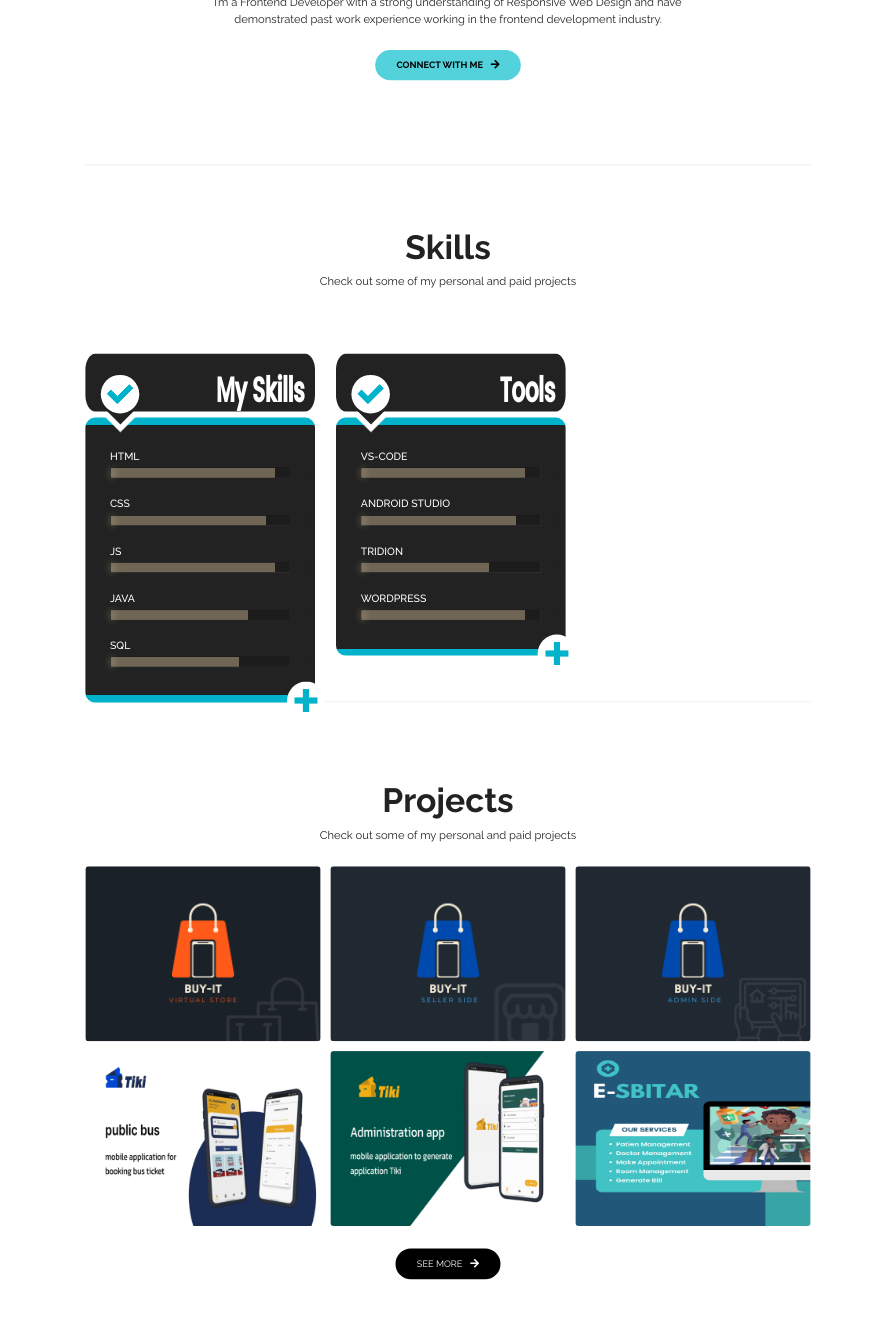
Repository: rahimmenadi/My-Website
Page: index.html
These files come from the project's save history. The page is drawn as it stood at one moment and after the next save; the edit follows.
The browser window is 1280 px wide. The pictures show the part of the page from y = 582 to 2502 px (the page is 2750 px tall), at 70% of full size.

Above is the page before, as saved 2023-06-22 02:53:01.

### index.html
<!DOCTYPE html>
<html lang="en">
  <head>
    <meta charset="UTF-8" />
    <meta http-equiv="X-UA-Compatible" content="IE=edge" />
    <meta name="viewport" content="width=device-width, initial-scale=1.0" />
    <title>Abderrahim website</title>
    <!-- Primary Meta Tags -->


    <!-- Open Graph / Facebook -->

    <!-- Twitter -->


    <!-- Link -->
    <link
      rel="apple-touch-icon"
      sizes="180x180"

    />
    <link
      rel="icon"

    />
    <link
      rel="icon"
    />
    <link
      rel="icon"

    />
    <link
      rel="icon"
      type="image/png"
      sizes="512x512"

    />
    <link rel="icon" type="image/x-icon" style="width: 10px;" href="assets/favicon/favicon.ico" />
    <link rel="manifest" href="assets/favicon/site.webmanifest" />
    <link
      rel="stylesheet"
      href="https://use.fontawesome.com/releases/v5.15.4/css/all.css"
      integrity="sha384-DyZ88mC6Up2uqS4h/KRgHuoeGwBcD4Ng9SiP4dIRy0EXTlnuz47vAwmeGwVChigm"
      crossorigin="anonymous"
    />
    <link rel="stylesheet" href="css/style.css" />
    <link rel="stylesheet" href="css/utilities.css" />
    <link rel="stylesheet" href="css/skills.css">
  </head>
  <body>
    <header id="hero">
      <!-- Navbar -->
      <nav class="navbar">
        <div class="container">
          <!-- Logo -->
          <h1 id="logo">
            <a href="index.html"
              ><img src="./assets/my-logo.png" alt="Your Logo"
            /></a>
          </h1>
          <!-- Navbar links -->
          <ul class="nav-menu">
            <li><a class="nav-link" href="#projects">PROJECTS</a></li>
            <li><a class="nav-link" href="#">CONTACT</a></li>
            <li><a class="nav-link" href="#">BlOG</a></li>
            <li>
              <a
                class="nav-link btn btn-primary"
                href="https://drive.google.com/file/d/1Vr3cuGUzEaZS90SvZUjXhywFSRYMYiCT/view?usp=drive_link"
                >RESUME <i class="fas fa-arrow-right"></i
              ></a>
            </li>

            <!-- Toggle switch -->
            <div class="theme-switch">
              <input type="checkbox" id="switch" />
              <label class="toggle-icons" for="switch">
                <img class="moon" src="assets/moon.svg" />
                <img class="sun" src="assets/sun.svg" />
              </label>
            </div>
            <!-- Hamburger menu -->
          </ul>
          <div class="hamburger">
            <span class="bar"></span>
            <span class="bar"></span>
            <span class="bar"></span>
          </div>
        </div>
      </nav>

      <section class="header-container">
        <img
          class="profile-image"
          src="assets/profile.jpg"
          alt=""
        />
        <h1>Hi I'm Abderrahim Menadi <span class="wave">👋</span></h1>

        <div class="content-text">
          <h2>About Me</h2>
          <h2>Junior Front-End Web Developer.</h2>

          <p>
            I’m a Frontend Developer with a strong understanding of Responsive Web Design
             and have demonstrated past work experience working in the frontend development industry.
          </p>
        </div>
        <a
                class="nav-link btn btn-primary"
                href="https://linktr.ee/abderrahimmeandi"
                >Connect With Me <i class="fas fa-arrow-right"></i
              ></a>





      </section>
    </header>
    <section id="projectsskills" class="project-container container">
      <div class="division"></div>
      <div class="content-text">
        <h2>Skills</h2>
        <p>Check out some of my personal and paid projects</p>
      </div>
 <article class="project">

        <!-- Project 1 -->
        <div class="content">
          <div class="profile-skills">
            <div>
              <input type="checkbox" id="sk1">
              <label for="sk1"></label>
              <ul class="skills skills1">
                <li class="sk-cms"><span>HTML</span></li>
                <li class="sk-dtb"><span>CSS</span></li>
                <li class="sk-dis"><span>JS</span></li>
                <li class="sk-pro"><span>Java</span></li>
                <li class="sk-ani"><span>SQL</span></li>
                <li class="more">
                  <input type="checkbox" id="more-con"><label for="more-con"></label>
                  <div><span>RWD</span><span>Animation</span><span>CHARTS</span><span>API</span><span>BE Linker</span><span>BDD</span></div>
                </li>
              </ul>
            </div>
            <div>
            <input type="checkbox" id="sk2">
            <label for="sk2"></label>
            <ul class="skills skills2">
              <li class="sk-gim"><span>VS-code</span></li>
              <li class="sk-not"><span>Android Studio</span></li>
              <li class="sk-tri"><span>Tridion</span></li>
              <li class="sk-wor"><span>Wordpress</span></li>
              <li class="more">
                <input type="checkbox" id="more-pro"><label for="more-pro"></label>
                <div><span>JOOMLA</span><span>DRUPAL</span><span>JIRA</span><span>TRELLO</span><span>FILEZILLA</span><span>GIT</span></div>
              </li>
            </ul>
            </div>

        </div>
      </article>


    </section>

    <!-- Projects -->
    <section id="projects" class="project-container container">
      <div class="division"></div>
      <div class="content-text">
        <h2>Projects</h2>
        <p>Check out some of my personal and paid projects</p>
      </div>

      <article class="project">
        <!-- Project 1 -->
        <div href="" class="card">
          <div class="project-info">
            <div class="project-bio">
              <h3>Buy-it</h3>
              <p>HTML, CSS, SASS, JS, Node-JS</p>
            </div>

            <div class="project-link">
              <a href="https://github.com/rahimmenadi/projectx" target="_blank"><i class="fab fa-github"></i></a>
              <a href="#" target="_blank"><i class="fas fa-globe"></i></a>
            </div>
          </div>
        </div>

        <!-- Project 2 -->
        <div href="" class="card">
          <div class="project-info">
            <div class="project-bio">
              <h3>Buy-it Seller Side</h3>
              <p>HTML, CSS, SASS, JS, Node-JS</p>
            </div>

            <div class="project-link">
              <a href="https://github.com/rahimmenadi/projectx" target="_blank"><i class="fab fa-github"></i></a>
              <a href="#" target="_blank"><i class="fas fa-globe"></i></a>
            </div>
          </div>
        </div>

        <!-- Porject 3 -->
        <div href="" class="card">
          <div class="project-info">
            <div class="project-bio">
              <h3>Buy-it Admin Side</h3>
              <p>HTML, CSS, SASS, JS, Node-JS</p>
            </div>

            <div class="project-link">
              <a href="https://github.com/rahimmenadi/projectx" target="_blank"><i class="fab fa-github"></i></a>
              <a href="#" target="_blank"><i class="fas fa-globe"></i></a>
            </div>
          </div>
        </div>

        <!-- Project 4 -->
        <div href="" class="card">
          <div class="project-info">
            <div class="project-bio">
              <h3>Tiki</h3>
              <p>Java,  Firebase</p>
            </div>

            <div class="project-link">
              <a href="https://github.com/rahimmenadi/Tiki" target="_blank"><i class="fab fa-github"></i></a>
              <a href="https://mega.nz/file/mu5gybiB#gw8IHSz2v9bFG0ZwwQFL_AMZv8WIdCRUhiW0hA_XVq8" target="_blank"><i class="fas fa-globe"></i></a>
            </div>
          </div>
        </div>

        <!-- Project 5 -->
        <div href="" class="card">
          <div class="project-info">
            <div class="project-bio">
              <h3>Tiki Admin</h3>
              <p>Java,  Firebase</p>
            </div>

            <div class="project-link">
              <a href="https://github.com/rahimmenadi/Tiki" target="_blank"><i class="fab fa-github"></i></a>
              <a href="https://mega.nz/file/K7xAAYyK#4BQzPwOJpC8L00cKX2bVBURrUfcqUJ3T-dvLVdOQe9E" target="_blank"><i class="fas fa-globe"></i></a>
            </div>
          </div>
        </div>

        <!-- Project 6 -->
        <div href="" class="card">
          <div class="project-info">
            <div class="project-bio">
              <h3>E-sbitar</h3>
              <p>JavaFX, CSS, SQL</p>
            </div>

            <div class="project-link">
              <a href="https://github.com/rahimmenadi/E-SBITAR" target="_blank"><i class="fab fa-github"></i></a>
              <a href="https://drive.google.com/drive/folders/1nvo8g8NKInz3Hvw1Pheuo8E3XhV_Ej0T?usp=drive_link" target="_blank"><i class="fas fa-globe"></i></a>
            </div>
          </div>
        </div>
      </article>

      <a href="https://github.com/rahimmenadi" class="btn btn-secondary"
        target="_blank" >See More <i class="fas fa-arrow-right"></i
      ></a>
    </section>

    <footer id="footer">
      <div class="container">
        <a href="mailto:a.menadi@esi-sba.dz">a.menadi@esi-sba.dz</a>
        <!-- Social links -->
        <div class="social">

          <a href="https://www.linkedin.com/in/abderrahim-menadi/" target="_blank"
            ><img src="./assets/linkedin-icon.svg" alt="Linkedin"
          /></a>
          <a href="https://github.com/rahimmenadi" target="_blank"><img src="./assets/github-icon.svg" alt="GitHub" /></a>

        </div>
        <!-- Attribution -->
        <div class="attribution">

            <img
              src="/assets/my-logo.png"
              alt="attribution"
              width="80px"

            />

        </div>
        <p>Copyright &copy; Abderrahim-Menadi <span id="datee"></span>, All rights reserved</p>
      </div>
    </footer>
    <script src="js/script.js"></script>
  </body>
</html>

### css/style.css
/* This is the required project styling. Will contain essential CSS styles like:
   * Flex property
   * Grid layout
   * Cards and sections
*/

@import url(https://fonts.googleapis.com/css?family=Raleway:100,200,300,regular,500,600,700,800,900,100italic,200italic,300italic,italic,500italic,600italic,700italic,800italic,900italic);

/* variables */
:root {
  /* Colors */
  --primary-color: #53D2DC  ;
  --secondary-color: #FFE3B3  ;
  --bg-primary: #ffffff;
  --text-color: #222222;
  --text-color-two: #ffffff;
  --bg-secondary: #000000;
  --card-background: #f4f4f4;
  --bg-secondary-two: #111111;

  --shadow: 0 10px 40px rgba(0, 0, 0, 0.2);

  /* Font Weight */
  --weight-small: 400;
  --weight-semibold: 600;
  --weight-bold: 800;

  /* Max width */
  --width-small: 600px;
  --width-medium: 1100px;
  --width-large: 1300px;
}

[data-theme="dark"] {
  --primary-color: #53D2DC  ;
  --secondary-color: #FFE3B3  ;
  --bg-primary: #000000;
  --text-color: #ffffff;
  --text-color-two: #222222;
  --bg-secondary: #ffffff;
  --card-background: #111111;
  --bg-secondary-two: #f4f4f4;
  --shadow: 0 2px 10px rgba(95, 95, 95, 0.2);
}

html {
  font-size: 100%;
  scroll-behavior: smooth;
}

/* Reset default styling */
* {
  margin: 0;
  padding: 0;
  box-sizing: border-box;
}

ul {
  list-style: none;
}

a {
  text-decoration: none;
  color: var(--text-color);
}

/* Main styling */
body {
  background: var(--bg-primary);
  color: var(--text-color);
  font-family: "Raleway", sans-serif;
  line-height: 1.5;
}

/* Navbar */
.navbar {
  position: fixed;
  top: 0;
  left: 0;
  right: 0;
  z-index: 20;
  background: var(--bg-primary);
}

.navbar .container {
  display: flex;
  align-items: center;
  justify-content: space-between;
  z-index: 20;
  height: 80px;
  width: 100%;
}

.navbar .nav-menu {
  display: flex;
  align-items: center;
  background: var(--bg-primary);
}

.navbar .nav-link {
  margin: 0 1rem;
  font-size: 0.8rem;
  font-weight: var(--weight-semibold);
}

.navbar #logo img {
  display: block;
  width: 180px;
  margin-top: 60px;
}

.navbar .btn {
  margin-right: 1.5rem;
}

.fas.fa-arrow-right {
  margin-left: 0.5rem;
  font-size: 0.9rem;
}

/* hamburger */
.hamburger {
  margin-bottom: 0.1rem;
  display: none;
}

.bar {
  display: block;
  width: 23px;
  height: 3px;
  margin: 4px auto;
  transition: all 0.3s ease-in-out;
  border-radius: 30px;
  background-color: var(--bg-secondary);
}

/* Hero section */
#hero {
  display: flex;
  flex-direction: column;
  height: 100%;
}

.profile-image {
  width: 190px;
  border-radius: 30%;
  animation: bounce 1s infinite alternate;
}

@keyframes bounce {
  from {
    transform: translateY(0px);
  }

  to {
    transform: translateY(-12px);
  }
}

.division {
  width: 100%;
  height: 2px;
  background-color: var(--card-background);
  margin: 5.5rem 0;
}
/* Projects */

#projects {
  display: flex;
  flex-direction: column;
  margin: 2rem auto 5rem;

}

#projects .btn {
  align-self: center;
  margin: 2rem 0;
}

.project {
  display: grid;
  grid-template-columns: repeat(3, 1fr);
  grid-auto-rows: minmax(250px, auto);
  grid-gap: 0.9rem;
}

.card .project-bio p {
  font-size: 0.83rem;
}

.card .project-bio h3 {
  font-size: 0.9rem;
}

.project-info {
  display: flex;
  justify-content: space-between;
  opacity: 0;
  position: relative;
  transition: 0.5s ease-in-out;
}

.project-bio {
  display: flex;
  flex-direction: column;
  justify-content: flex-end;
  position: relative;
  top: 160px;
  left: 10px;
}

/* Footer */
#footer {
  background: #111111;
}

#footer .container {
  display: flex;
  flex-direction: column;
  align-items: center;
  justify-content: center;
  color: #ffffff;
  min-height: 160px;
  text-align: center;
}

#footer a {
  font-size: 0.8rem;
  color: #fff;
}

#footer a:hover {
  opacity: 0.6;
}

#footer .social {
  margin: 0.9rem 0;
}

#footer .social img {
  width: 20px;
  height: 20px;
}

#footer .social a {
  margin: 0 0.5rem;
}

#footer p {
  font-size: 0.8rem;
}

/* Responsiveness */

@media (max-width: 1000px) {
  .project {
    display: grid;
    grid-template-columns: repeat(2, 1fr);
  }

  .content{
    margin-top: 100px;
    align-items: center;
  }


}

@media (max-width: 768px) {
  #projectsskills{
    margin-bottom: 460px;

  }

}

@media (max-width: 670px) {
  .navbar .nav-menu {
    position: fixed;
    right: -100vw;
    top: 4.5rem;
    flex-direction: column;
    width: calc(80% - 10px);
    transition: 0.3s;
    box-shadow: var(--shadow);
    padding: 2rem;
    border-radius: 5px;
    align-items: flex-start;
  }

  .navbar .btn {
    margin: 0;
    margin-top: 1rem;
  }

  .nav-menu.active {
    right: 20px;
  }

  .nav-menu .nav-link {
    font-size: 0.9rem;
    margin: 0 0.2rem;
  }

  .nav-menu li {
    margin-bottom: 0.5rem;
    width: 100%;
  }

  .nav-menu .btn {
    width: 100%;
    text-align: center;
    margin-top: 0.5rem;
  }

  .hamburger {
    display: block;
    cursor: pointer;
    padding: 0.2rem 0.4rem;
  }

  .hamburger.active {
    border: 1px dotted gray;
  }

  .hamburger.active .bar:nth-child(2) {
    opacity: 0;
  }

  .hamburger.active .bar:nth-child(1) {
    transform: translateY(6px) rotate(45deg);
  }

  .hamburger.active .bar:nth-child(3) {
    transform: translateY(-8px) rotate(-45deg);
  }
}

@media (max-width: 600px) {
  .project {
    display: grid;
    grid-template-columns: 1fr;
  }
  #projectsskills{
    margin-bottom: 500px;

  }

  .header-container .btn {
    border-radius: 5px;
    width: 80%;
  }
}
.wave {
  animation-name: wave-animation;  /* Refers to the name of your @keyframes element below */
  animation-duration: 1.5s;        /* Change to speed up or slow down */
  animation-iteration-count: infinite;  /* Never stop waving :) */
  transform-origin: 70% 70%;       /* Pivot around the bottom-left palm */
  display: inline-block;
}

@keyframes wave-animation {
    0% { transform: rotate( 0.0deg) }
   10% { transform: rotate(14.0deg) }  /* The following five values can be played with to make the waving more or less extreme */
   20% { transform: rotate(-8.0deg) }
   30% { transform: rotate(14.0deg) }
   40% { transform: rotate(-4.0deg) }
   50% { transform: rotate(10.0deg) }
   60% { transform: rotate( 0.0deg) }  /* Reset for the last half to pause */
  100% { transform: rotate( 0.0deg) }
}

### css/utilities.css
/* ?This is where reusable styling of this template will be.
   !Will contain things like:
   * Button styling
   * Background color styling
   * padding and margin
*/

.container {
  max-width: var(--width-medium);
  margin: 0 auto;
  padding: 1rem 2rem;
}

h1::selection,
h2::selection {
  color: #111;
  background: var(--primary-color);
}

/* Buttons */
.btn {
  display: inline-block;
  padding: 0.75rem 1.9rem;
  border-radius: 30px;
  text-transform: uppercase;
  font-size: 0.82rem;
  transition: 0.3s;
}


.btn-primary {
  background: var(--primary-color);
  color: #000000;
  font-weight:700 ;
}

.btn-secondary {
  margin: 5px 0;
  background-color: var(--bg-secondary);
  color: var(--bg-primary);
}

/* add hover to resume button */
.btn-primary:hover {
  background: var(--secondary-color);
}


/* Dark mode toggle */
#switch {
  display: none;
}

.toggle-icons {
  display: flex;
  justify-content: space-between;
  align-items: center;
  cursor: pointer;
}

.toggle-icons > img {
  transition: 0.6s cubic-bezier(0.23, 1, 0.32, 1);
  width: 30px;
}

.moon {
  transform: rotate(10deg);
}

#switch:checked + .toggle-icons .moon {
  transform: rotate(250deg);
}

#switch:checked + .toggle-icons .sun {
  transform: rotate(100deg);
}

/* Header Container */
.header-container {
  display: flex;
  flex-direction: column;
  align-items: center;
  justify-content: center;
  margin-top: 8rem;
  padding: 1rem;
}

.header-container > div {
  margin-top: 1rem;
}

.content-text {
  text-align: center;
  margin: 1.5rem 0;
}

.content-text h2 {
  font-size: 3rem;
  line-height: 1.2;
  transition: 0.2s ease-in-out;
}

.content-text p {
  padding: 0.5rem;
  margin: 0 auto;
  max-width: 700px;
}

/* Project cards */
.card {
  padding: 1rem;
  background: var(--card-background);
  color: #ffffff;
  border-radius: 5px;
  transition: 0.4s ease-in-out;
  cursor: pointer;
}

.card a {
  color: #ffffff;
  transition: 0.25s ease-in-out;
  font-size: 1.1rem;
  margin-right: 0.3rem;
}

.card a:hover {
  color: var(--primary-color);
}

.card:hover {
  box-shadow: inset 0 100px 1000px 10px rgba(0, 0, 0, 0.8);
}

.card:hover .project-info {
  opacity: 1;
}

/* Project Images */

/* project 1 */
.card:nth-child(1) {

  background: url(../assets/project/buy-it.png) center center/cover;
}

/* Project 2 */
.card:nth-child(2) {
  background: url(../assets/project/seller-it.png) center center/cover;
}

/* Project 3 */
.card:nth-child(3) {
  background: url(../assets/project/admin-it.png) center center/cover

}

/* Project 4 */
.card:nth-child(4) {
  background: url(../assets/project/tkiii.png) center center/cover;
}

/* Project 5 */
.card:nth-child(5) {
  background: url(../assets/project/tiki-admin3.png) center center/cover;
}

/* Project 6 */
.card:nth-child(6) {
  background: url(../assets/project/e-sbitar.png) center center/cover;
}

/* Media Queries */
@media (max-width: 768px) {
  .header-container {
    margin-top: 7rem;
    text-align: center;
  }

  .content-text h2 {
    font-size: 2.5rem;
  }
}

Loaded but not shown: js/script.js (67 lines, source omitted); css/skills.css (573 lines, source omitted)

After the next save:
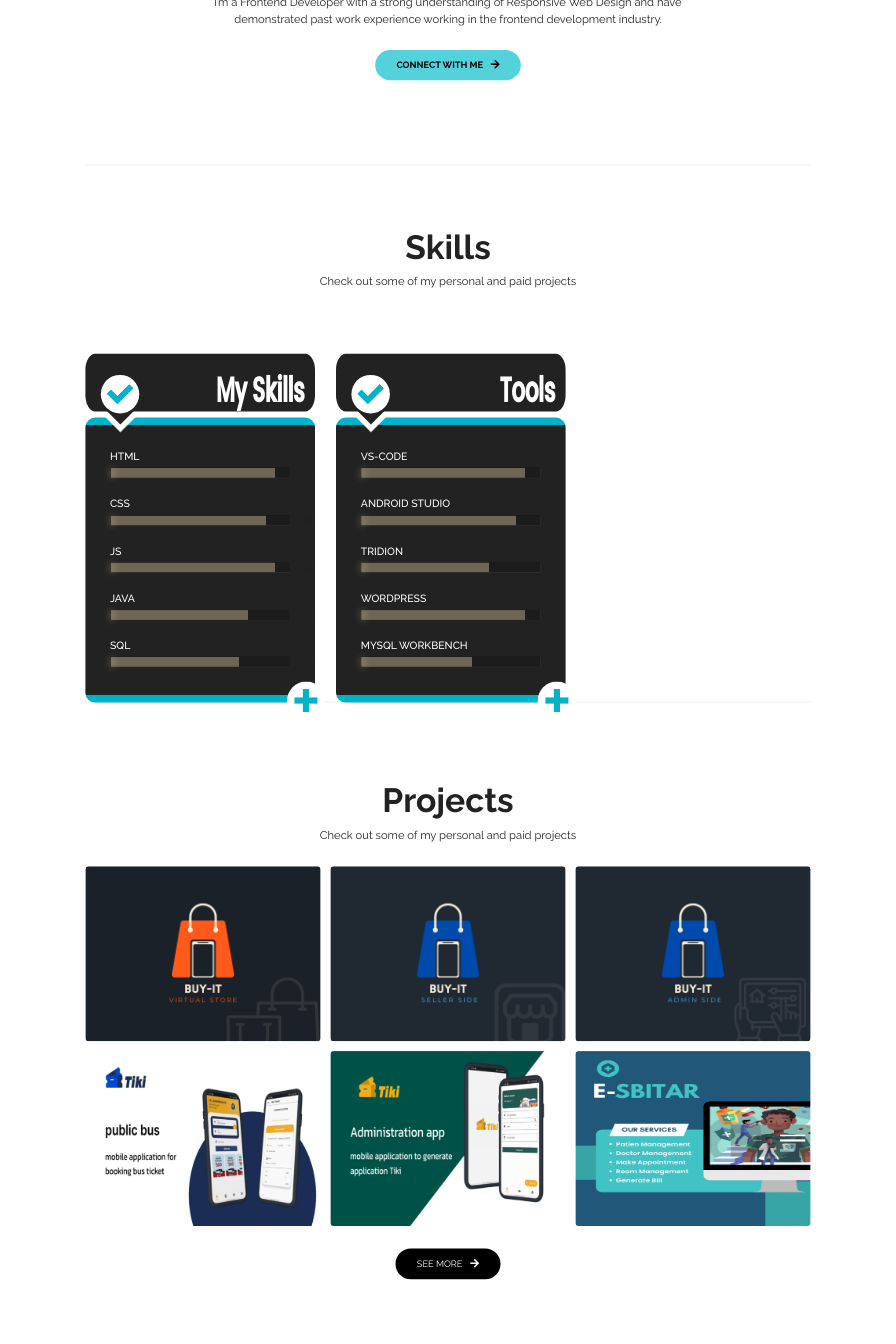
Saved 7 s later.
--- a/index.html
+++ b/index.html
@@ -153,6 +153,8 @@
               <li class="sk-not"><span>Android Studio</span></li>
               <li class="sk-tri"><span>Tridion</span></li>
               <li class="sk-wor"><span>Wordpress</span></li>
+              <li class="sk-ado"><span>MySQL Workbench</span></li>
+
               <li class="more">
                 <input type="checkbox" id="more-pro"><label for="more-pro"></label>
                 <div><span>JOOMLA</span><span>DRUPAL</span><span>JIRA</span><span>TRELLO</span><span>FILEZILLA</span><span>GIT</span></div>
